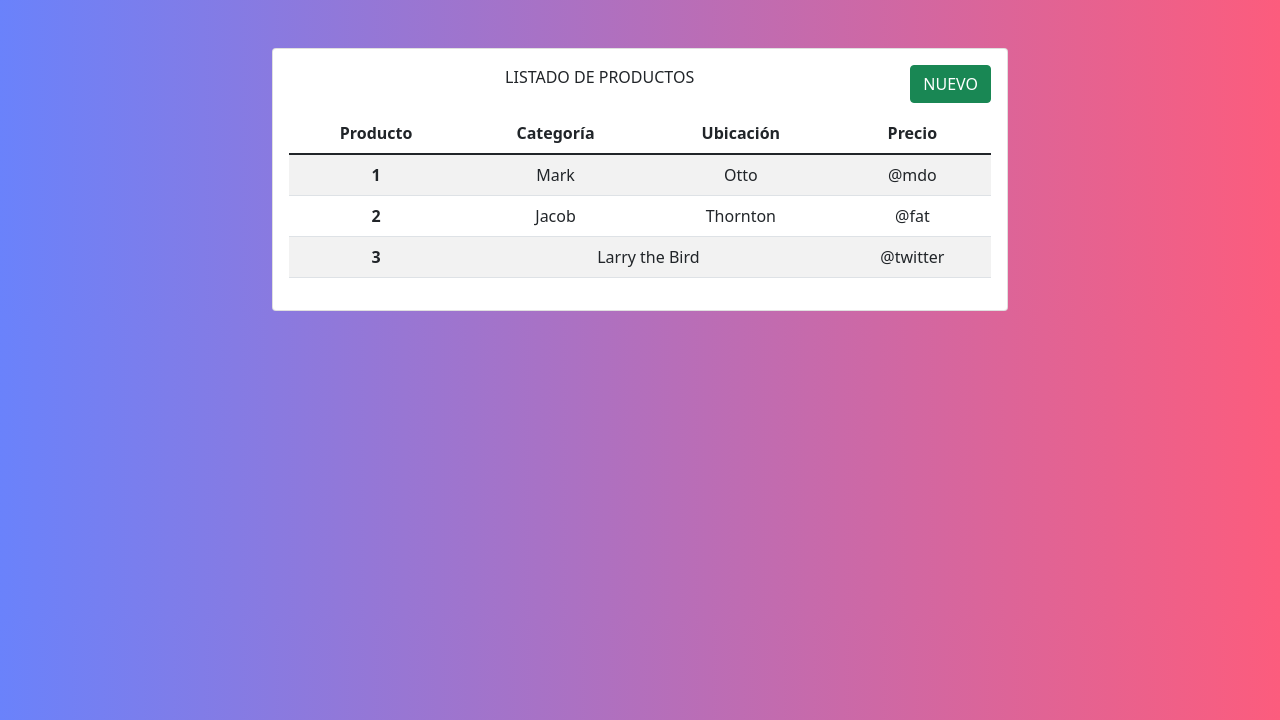
Repository: vivianaleivagalvez/crud_angular
Page: /
The author's editor kept a copy of each file at every save. The page is drawn from the files as they stood at one save, then again after the next save.
The browser window is 1280 px wide. The pictures show the whole page.
The project was rebuilt for these pictures with package versions that can differ from the ones it lists, and the page was loaded fresh each time. Also part of the build but not shown: angular.json, src/app/components/crear-producto/crear-producto.component.ts.

Above is the page before, as saved 2022-01-27 00:07:24.

After the next save:
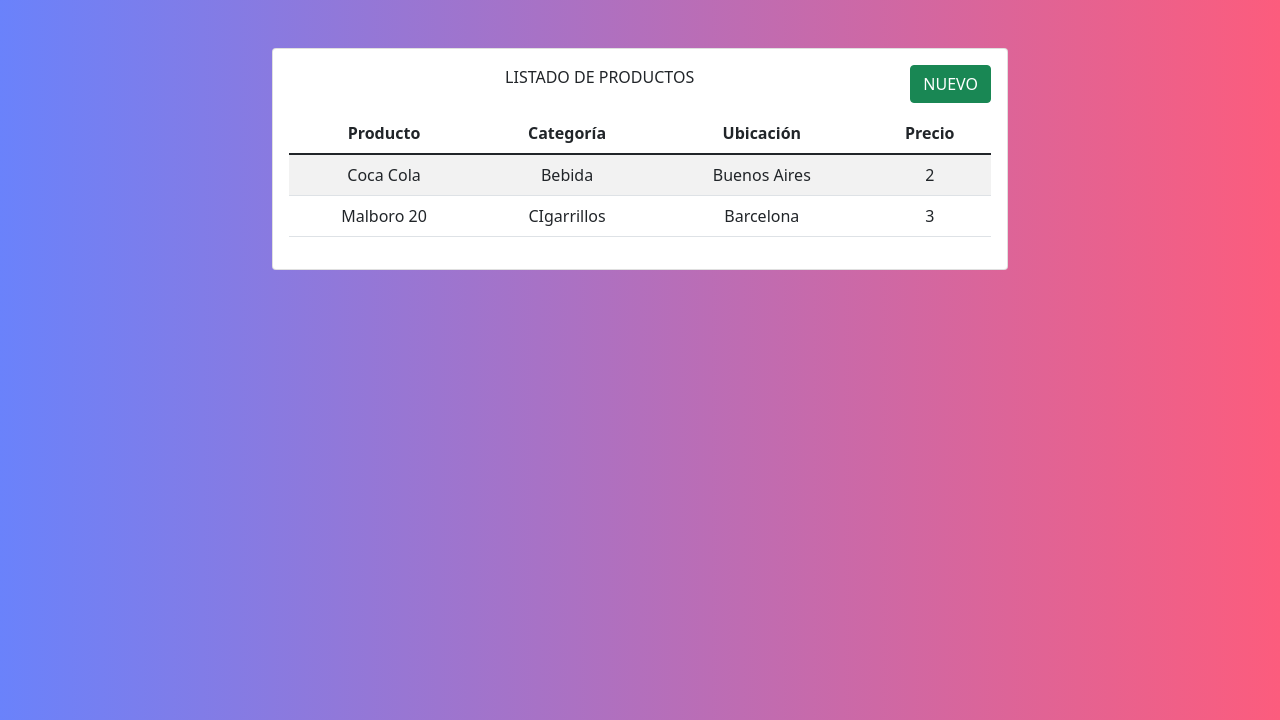
Saved 81 s later.
--- a/src/app/components/listar-productos/listar-productos.component.html
+++ b/src/app/components/listar-productos/listar-productos.component.html
@@ -16,22 +16,18 @@
             </thead>
             <tbody>
               <tr>
-                <th scope="row">1</th>
-                <td>Mark</td>
-                <td>Otto</td>
-                <td>@mdo</td>
+                <td>Coca Cola</td>
+                <td>Bebida</td>
+                <td>Buenos Aires</td>
+                <td>2</td>
               </tr>
               <tr>
-                <th scope="row">2</th>
-                <td>Jacob</td>
-                <td>Thornton</td>
-                <td>@fat</td>
+                <td>Malboro 20</td>
+                <td>CIgarrillos</td>
+                <td>Barcelona</td>
+                <td>3</td>
               </tr>
               <tr>
-                <th scope="row">3</th>
-                <td colspan="2">Larry the Bird</td>
-                <td>@twitter</td>
-              </tr>
             </tbody>
           </table>
         </div>
